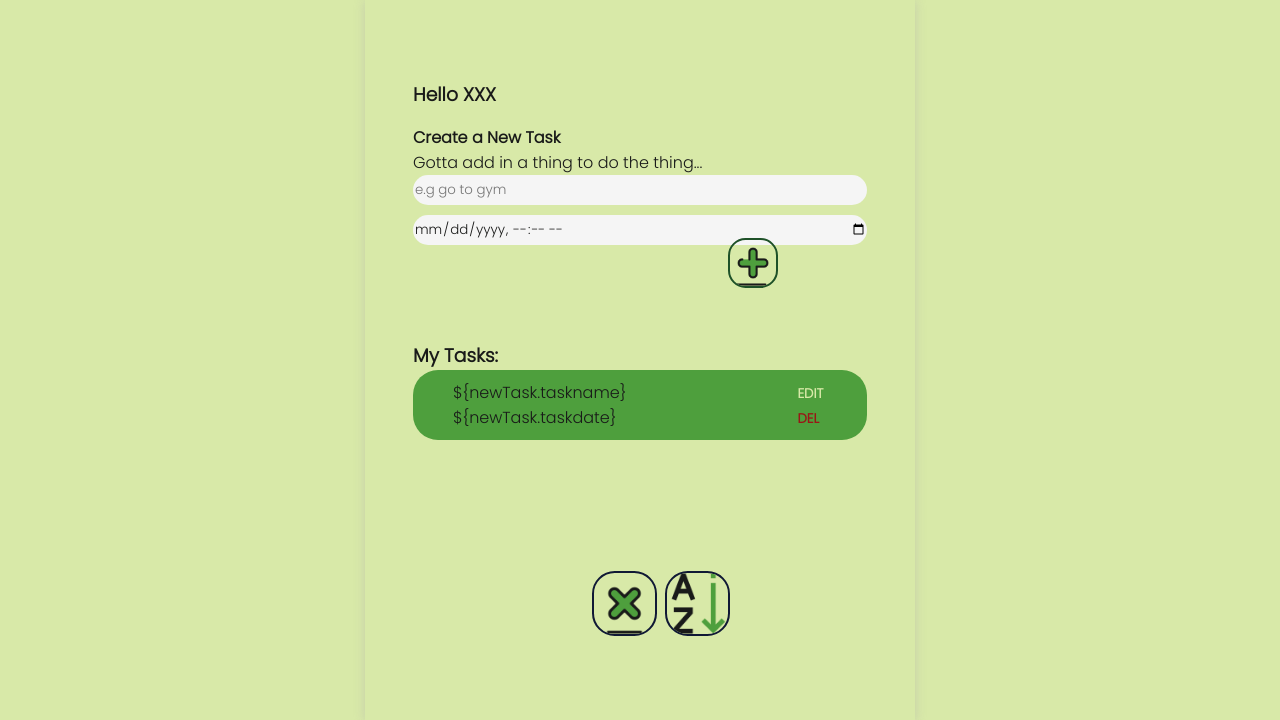
Repository: acidpixie/todo-app-version3
Page: index.html
The author's editor kept a copy of each file at every save. The page is drawn from the files as they stood at one save, then again after the next save.
The browser window is 1280 px wide. The pictures show the whole page.

Above is the page before, as saved 2022-06-11 16:21:50.

After the next save:
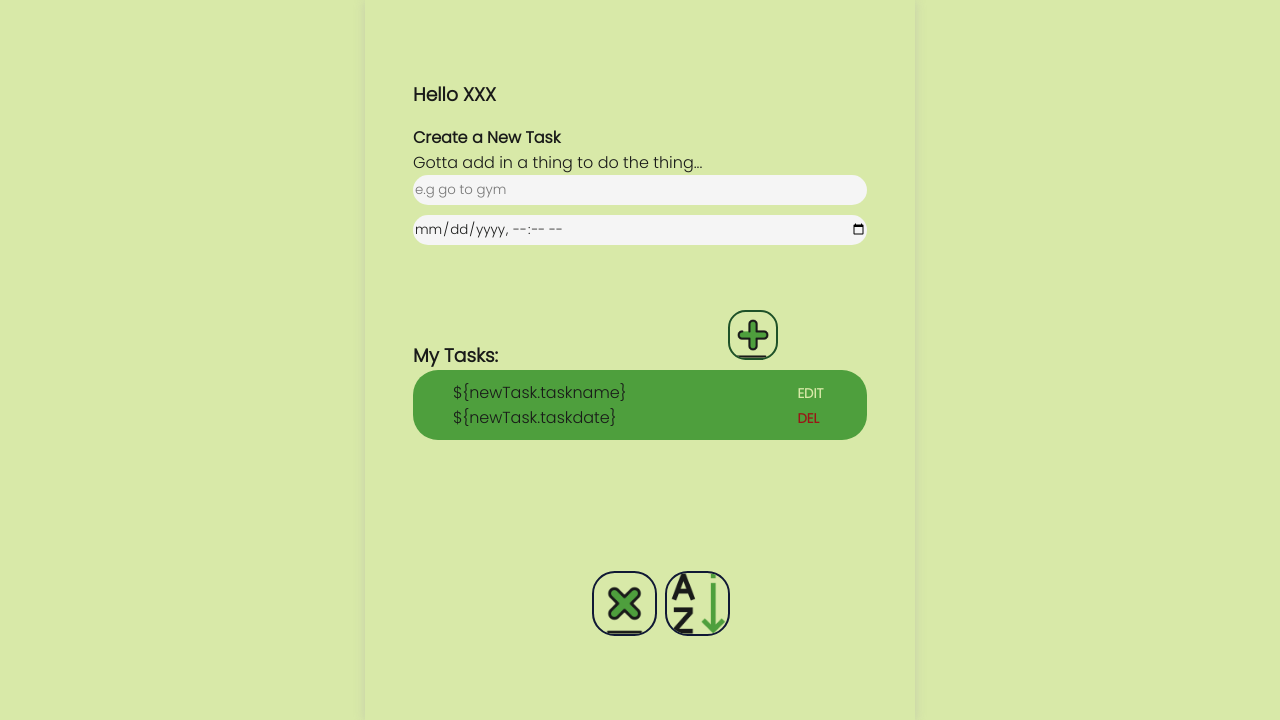
Saved 4 s later.
--- a/css/stylesheet.css
+++ b/css/stylesheet.css
@@ -108,7 +108,7 @@ ul {
     width: 50px;
     margin-top: 5px;
     position: absolute;
-    bottom: 60%;
+    bottom: 50%;
     right: 25%;
     background-color: none;
     border: solid 2px #1E5128;
